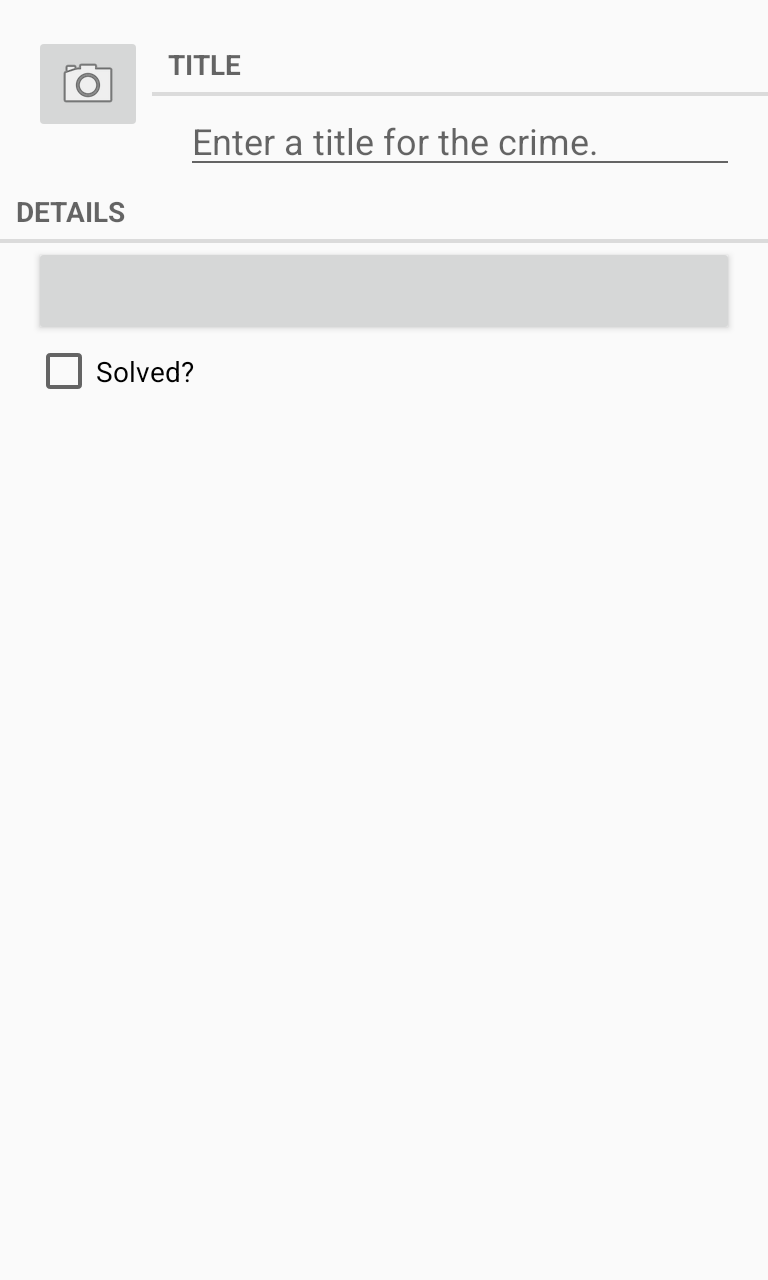
Repository: p-tricky/Android
Layout: CriminalIntent/res/layout/fragment_criminal.xml
An editor plug-in stored every save of this project. The layout is shown before and after the next save, followed by the edit.
It is drawn on a 768 x 1280 px phone screen (xhdpi) without system bars, with theme AppTheme; the app's code is not run.

Above is the layout before, as saved 2014-09-06 04:54:03.

### CriminalIntent/res/layout/fragment_criminal.xml
<?xml version="1.0" encoding="utf-8"?>
<LinearLayout xmlns:android="http://schemas.android.com/apk/res/android"
    android:layout_width="match_parent"
    android:layout_height="match_parent"
    android:orientation="vertical" >

    <LinearLayout
        android:layout_width="fill_parent"
        android:layout_height="wrap_content"
        android:orientation="horizontal"
        android:layout_marginLeft="16dp"
        android:layout_marginTop="16dp">

        <LinearLayout
            android:layout_width="wrap_content"
            android:layout_height="wrap_content"
            android:orientation="vertical"
        	android:layout_marginRight="4dp">

			<ImageButton
			    android:id="@+id/crime_imageButton"
			    android:layout_width="match_parent"
			    android:layout_height="wrap_content"
			    android:src="@android:drawable/ic_menu_camera" />

    	</LinearLayout>

        <LinearLayout
            android:layout_width="wrap_content"
            android:layout_height="wrap_content"
            android:orientation="vertical"
        	android:layout_weight="1">

    		<TextView
        		android:layout_width="match_parent"
        		android:layout_height="wrap_content"
        		android:text="@string/crime_title_label"
        		style="?android:listSeparatorTextViewStyle" />

    		<EditText
        		android:id="@+id/crime_title"
        		android:layout_width="match_parent"
        		android:layout_height="wrap_content"
        		android:layout_marginLeft="16dp"
        		android:layout_marginRight="16dp"
        		android:hint="@string/crime_title_hint" />

    	</LinearLayout>

    </LinearLayout>


    <TextView
        android:layout_width="match_parent"
        android:layout_height="wrap_content"
        android:text="@string/crime_details_label"
        style="?android:listSeparatorTextViewStyle"
        />

    <Button
        android:id="@+id/crime_date"
        android:layout_width="match_parent"
        android:layout_height="wrap_content"
        android:layout_marginLeft="16dp"
        android:layout_marginRight="16dp"
        />

    <CheckBox
        android:id="@+id/crime_solved"
        android:layout_width="match_parent"
        android:layout_height="wrap_content"
        android:layout_marginLeft="16dp"
        android:layout_marginRight="16dp"
        android:text="@string/crime_solved_label"
        />

</LinearLayout>

### CriminalIntent/res/values/strings.xml
<?xml version="1.0" encoding="utf-8"?>
<resources>

    <string name="app_name">CriminalIntent</string>
    <string name="title_activity_crime">CriminalAcivity</string>
    <string name="crime_title_hint">Enter a title for the crime.</string>
    <string name="crime_title_label">Title</string>
    <string name="crime_details_label">Details</string>
    <string name="crime_solved_label">Solved?</string>
    <string name="crimes_title">Crimes</string>
    <string name="date_picker_title">Date of crime:</string>
    <string name="new_crime">New Crime</string>
    <string name="show_subtitle">Show Subtitle</string>
    <string name="hide_subtitle">Hide Subtitle</string>
    <string name="subtitle">If you see something, say something.</string>
    <string name="delete_crime">Delete</string>
    <string name="take">Take</string>

</resources>

Loaded but not shown: CriminalIntent/res/values/styles.xml (common file); CriminalIntent/res/values-v11/styles.xml (common file); CriminalIntent/res/values-v14/styles.xml (common file)

After the next save:
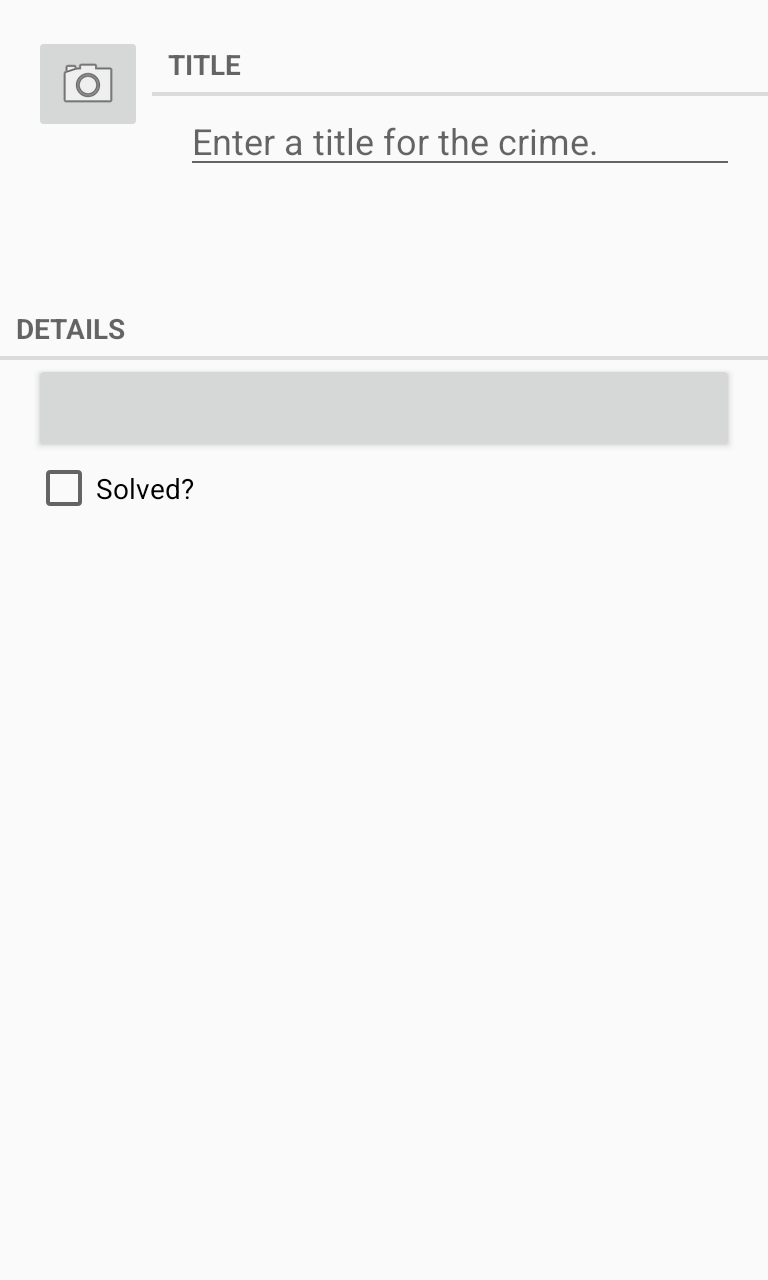
Saved 6 min 25 s later.
--- a/CriminalIntent/res/layout/fragment_criminal.xml
+++ b/CriminalIntent/res/layout/fragment_criminal.xml
@@ -22,6 +22,14 @@
 			    android:layout_width="match_parent"
 			    android:layout_height="wrap_content"
 			    android:src="@android:drawable/ic_menu_camera" />
+
+			<ImageView
+			    android:id="@+id/crime_imageView"
+			    android:layout_width="match_parent"
+			    android:layout_height="80dp"
+			    android:scaleType="centerInside"
+			    android:background="@androidcolor/darker_gray"
+			    android:cropToPadding="true" />
 
     	</LinearLayout>
 
